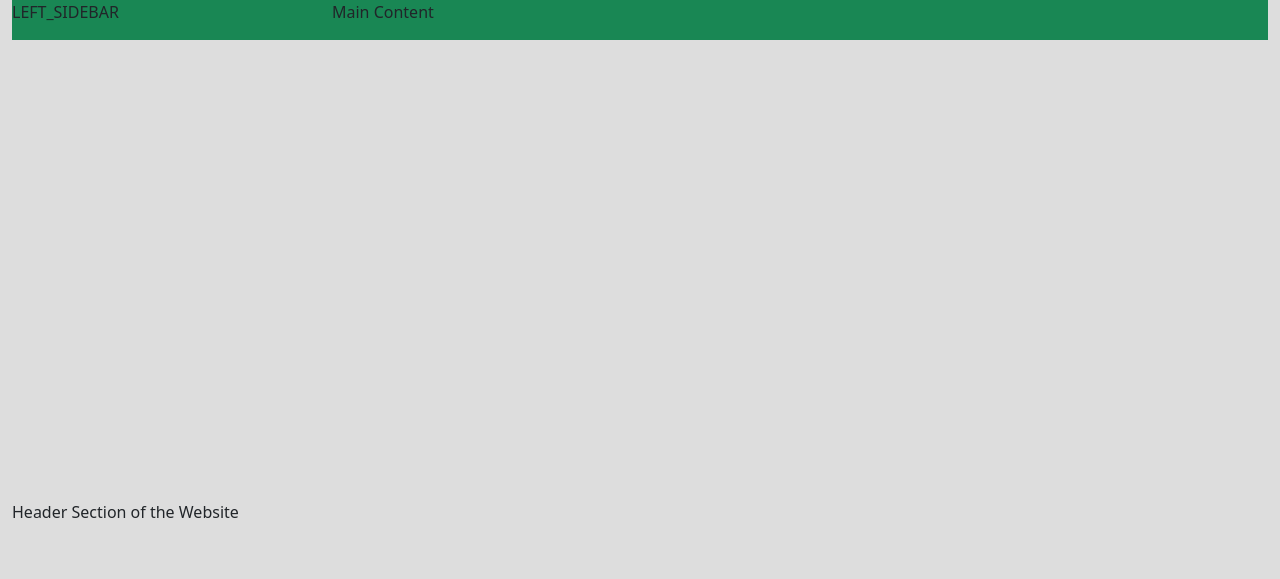
Repository: Dayvid0/BOOTSTRAP-TUTORIALS
Page: BOOTSTRAP-GRID-LAYOUTS/index.html
An editor plug-in stored every save of this project. The page is shown before and after the next save, followed by the edit.
The browser window is 1280 px wide. The pictures show the whole page.

Above is the page before, as saved 2025-01-24 10:27:50.

### BOOTSTRAP-GRID-LAYOUTS/index.html
<!doctype html>
<html lang="en">
  <head>
    <!-- Required meta tags -->
    <meta charset="utf-8">
    <meta name="viewport" content="width=device-width, initial-scale=1">
    <!-- Bootstrap CSS -->
    <link href="https://cdn.jsdelivr.net/npm/bootstrap@5.0.2/dist/css/bootstrap.min.css" rel="stylesheet" integrity="sha384-EVSTQN3/azprG1Anm3QDgpJLIm9Nao0Yz1ztcQTwFspd3yD65VohhpuuCOmLASjC" crossorigin="anonymous">
    <link rel="stylesheet" href="./style.css">
    <title>Hello, world!</title>
  </head>
  <body>
  <div class="container-fluid">
    <div class="header bg-success"
      Header Section of Website
    </div>
    <div class="content">
      <div class="row">
        <div class="col-3 sidebar">
          LEFT_SIDEBAR
        </div>
        <div class="col-9 main-content">
          Main Content
      </div>
    </div>
  </div>
  <div class="footer">
    Header Section of the Website
  </div>
    <script src="https://cdn.jsdelivr.net/npm/bootstrap@5.0.2/dist/js/bootstrap.bundle.min.js" integrity="sha384-MrcW6ZMFYlzcLA8Nl+NtUVF0sA7MsXsP1UyJoMp4YLEuNSfAP+JcXn/tWtIaxVXM" crossorigin="anonymous"></script>
  </body>
</html>

### BOOTSTRAP-GRID-LAYOUTS/style.css
body {
  background-color: #ddd;
}
.header {
  height: 40px;
}
.content {
  min-height: 500px;
}
.footer {
  height: 40px;
}
.main-content {
  min-height: 500px;
}

After the next save:
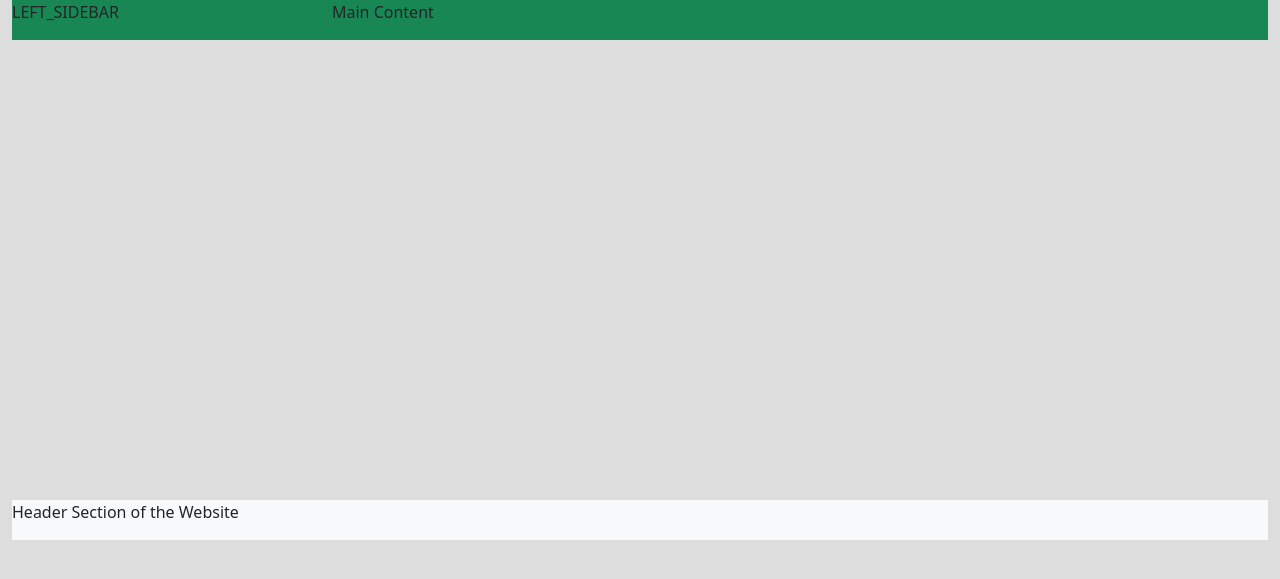
Saved 33 s later.
--- a/BOOTSTRAP-GRID-LAYOUTS/index.html
+++ b/BOOTSTRAP-GRID-LAYOUTS/index.html
@@ -24,7 +24,7 @@
       </div>
     </div>
   </div>
-  <div class="footer">
+  <div class="footer bg-light">
     Header Section of the Website
   </div>
     <script src="https://cdn.jsdelivr.net/npm/bootstrap@5.0.2/dist/js/bootstrap.bundle.min.js" integrity="sha384-MrcW6ZMFYlzcLA8Nl+NtUVF0sA7MsXsP1UyJoMp4YLEuNSfAP+JcXn/tWtIaxVXM" crossorigin="anonymous"></script>
